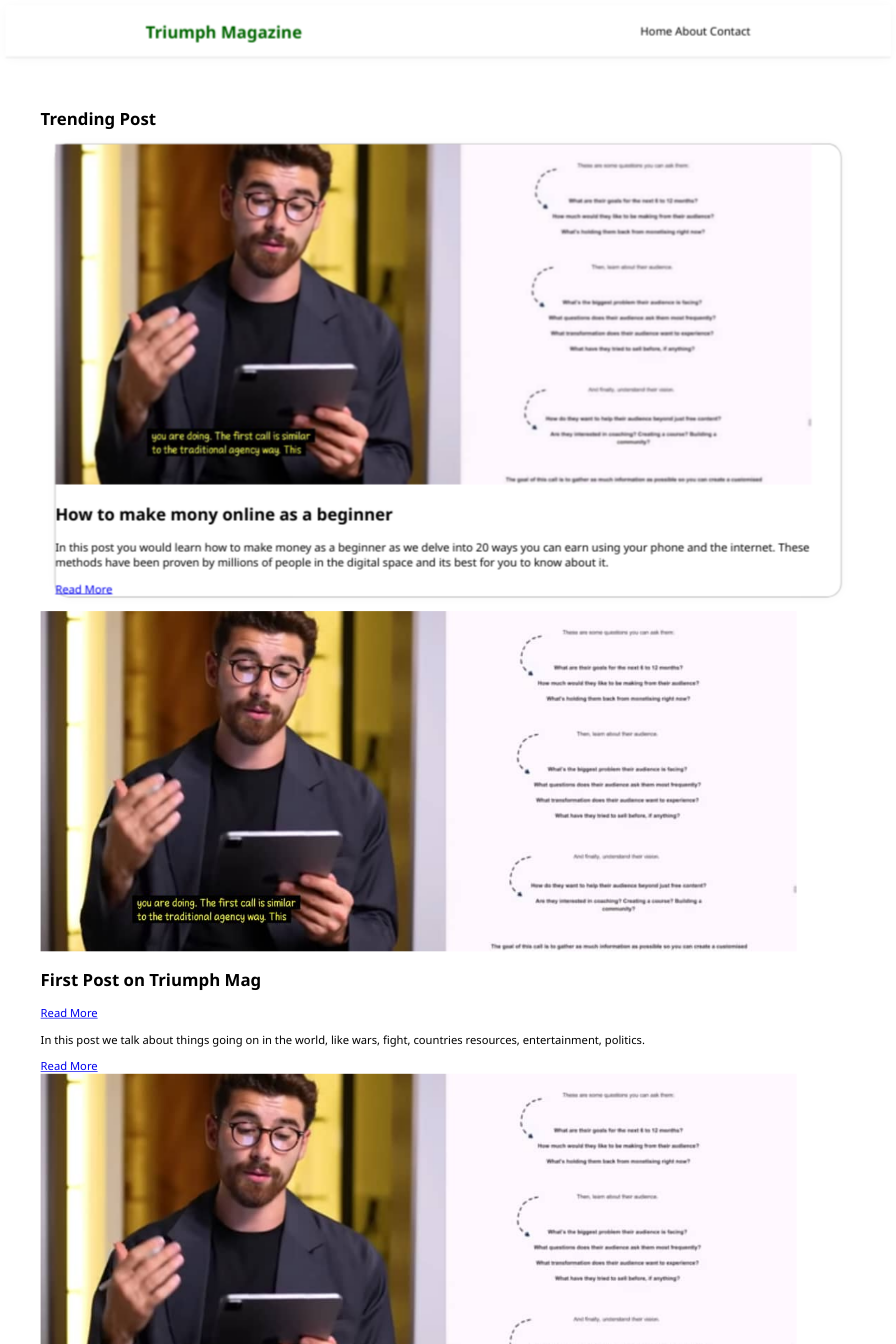
Repository: zikcolle/Triumph-Blog
Page: index.html
These files come from the project's save history. The page is drawn as it stood at one moment and after a run of saves; the edit follows.
The browser window is 1280 px wide. The pictures show the part of the page from y = 0 to 1920 px (the page is 5465 px tall before and 10448 px after), at 70% of full size.

Above is the page before, as saved 2026-06-21 14:33:05.

### index.html
<!DOCTYPE html>
<html lang="en">

<head>
    <meta charset="UTF-8">
    <meta name="viewport" content="width=device-width, initial-scale=1.0">
    <title>Triumph Magazine</title>
    <link rel="stylesheet" href="styles.css">
</head>

<body>
    <header>
        <h2>Triumph Magazine</h2>
        <nav>
            <a href="#">Home</a></li>
            <a href="/about-us">About</a>
            <a href="/contact-us">Contact</a>
        </nav>
    </header>

    <main>
        <section>
            <div>
                <h2 class="label-post">Trending Post</h2>
            </div>
            <div class="feat-post">
                <img src="simage\postiman.jpeg">
                <h1>How to make mony online as a beginner</h1>
                <p>In this post you would learn how to make money as a beginner as we delve into 20 ways you can earn
                    using your phone and the internet. These methods have been proven by millions of people in the
                    digital space and its best for you to know about it.</p>
                <a href="#" class="read-more">Read More</a>
            </div>
        </section>

        <section class="post-grid">
            <div class="blog-post">
                <img src="simage\postiman.jpeg">
                <h1>First Post on Triumph Mag</h1><a href="#" class="read-more">Read More</a>
                <p>In this post we talk about things going on in the world, like wars, fight, countries resources,
                    entertainment, politics.</p>
                <a href="#" class="read-more">Read More</a>
            </div>

            <div class="blog-post">
                <img src="simage\postiman.jpeg">
                <h1>Second Post on Triumph Mag</h1>
                <p>In this post we talk about things going on in the world, like wars, fight, countries resources,
                    entertainment, politics.</p>
                <a href="#" class="read-more">Read More</a>
            </div>

            <div class="blog-post">
                <img src="simage\postiman.jpeg">
                <h1>Third Post on Triumph Mag</h1>
                <p>In this post we talk about things going on in the world, like wars, fight, countries resources,
                    entertainment, politics.</p>
                <a href="#" class="read-more">Read More</a>
            </div>

            <div class="blog-post">
                <img src="simage\postiman.jpeg">
                <h1>Fourth Post on Triumph Mag</h1>
                <p>In this post we talk about things going on in the world, like wars, fight, countries resources,
                    entertainment, politics.</p>
                <a href="#" class="read-more">Read More</a>
            </div>

            <div class="blog-post">
                <img src="simage\postiman.jpeg">
                <h1>Fifth Post on Triumph Mag</h1>
                <p>In this post we talk about things going on in the world, like wars, fight, countries resources,
                    entertainment, politics.</p>
                <a href="#" class="read-more">Read More</a>
            </div>

            <div class="blog-post">
                <img src="simage\postiman.jpeg">
                <h1>Sixth Post on Triumph Mag</h1>
                <p>In this post we talk about things going on in the world, like wars, fight, countries resources,
                    entertainment, politics.</p>
                <a href="#" class="read-more">Read More</a>
            </div>

            <div><a href="/blog">View More Posts</a></div>
        </section>

        <section>
            <h2>Related Posts</h2>

            <div class="blog-post">
                <img src="simage\postiman.jpeg">
                <h4><a href="/blog">Sixth Post on Triumph Mag</a></h4>
            </div>
        </section>
    </main>

    <footer>
        <h2>Triumph Magazine</h2>
        <p>© 2026 Triumph Magazine. All rights reserved.</p>
    </footer>

</body>

</html>

### styles.css
body {
    background-color: rgb(255, 255, 255);
    color: rgb(0, 0, 0);
    font-family:'Segoe UI', Tahoma, Geneva, Verdana, sans-serif;

}

header {
    display: flex;
    justify-content: space-between;
    align-items: center;
    margin: 0 auto;
    padding: 0 200px 0 200px;
    background-color: rgba(255,255,255,0.92);
    border-bottom: 1px solid rgba(0, 0, 0, 0.108);
    backdrop-filter: blur(20px) saturate(180%);
    -webkit-backdrop-filter: blur(20px) saturate(180%);
    box-shadow: 0 1px 0 rgba(0,0,0,0.04), 0 2px 16px rgba(0,0,0,0.04);
    color: rgb(0, 101, 0);
}

nav a {
    text-decoration: none;
    color: rgb(0, 0, 0);
}

nav a:hover {
    text-decoration: none;
    color: rgb(0, 101, 0);
    text-decoration: underline;
}

main {
    padding: 50px;
}

.feat-post {
    background-color: rgb(255, 255, 255);
    border: 1px solid rgba(0, 0, 0, 0.311);
    max-width: 100%;
    height: auto;
    align-items: center;
    display: block;
    border-radius: 20px;
    backdrop-filter: blur(20px) saturate(180%);
    -webkit-backdrop-filter: blur(20px) saturate(180%);
    box-shadow: 0 1px 0 rgba(0,0,0,0.04), 0 2px 16px rgba(0,0,0,0.04);
    margin: 20px;
}

/*.feat-post img {
  max-width: 100%;
  height: auto;
  display: block;
}*/

After the next 3 saves:
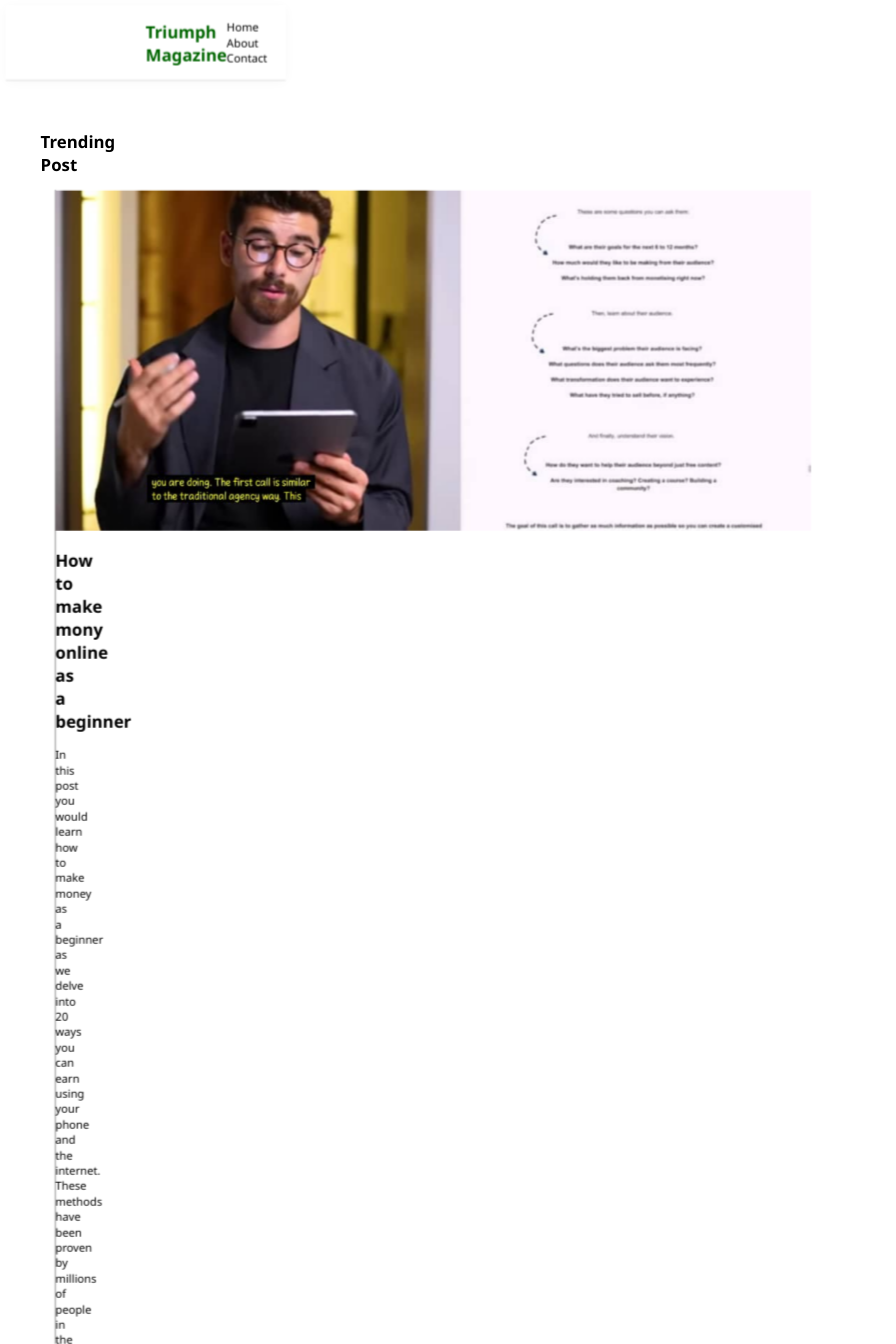
The 3 saves are shown as one change because they came seconds apart.
The last was saved 11 s later.
--- a/styles.css
+++ b/styles.css
@@ -2,7 +2,7 @@ body {
     background-color: rgb(255, 255, 255);
     color: rgb(0, 0, 0);
     font-family:'Segoe UI', Tahoma, Geneva, Verdana, sans-serif;
-
+    max-width: 10vh;
 }
 
 header {
